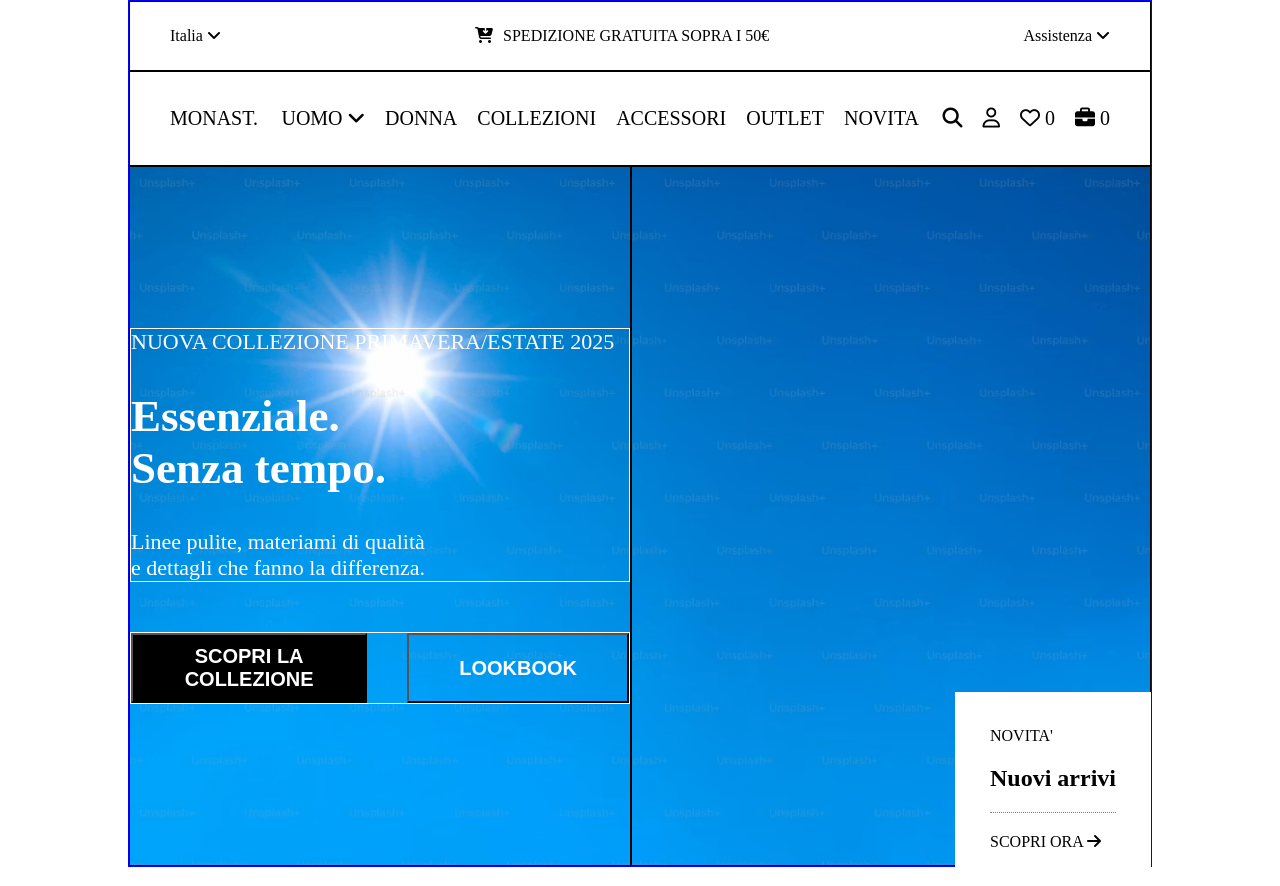
Repository: jacoporm1989/studioFlexbox
Page: FLEXBOX/header+navbar+hero1/index.html
These files come from the project's save history. The page is drawn as it stood at one moment and after the next save; the edit follows.
The browser window is 1280 px wide. The pictures show the whole page.

Above is the page before, as saved 2026-06-17 16:06:49.

### FLEXBOX/header+navbar+hero1/index.html
<!DOCTYPE html>
<html lang="en">

<head>
    <meta charset="UTF-8">
    <meta name="viewport" content="width=device-width, initial-scale=1.0">
    <link rel="stylesheet" href="style.css">
    <link rel="stylesheet" href="https://cdnjs.cloudflare.com/ajax/libs/font-awesome/6.7.2/css/all.min.css">
    <title>Header+Hero</title>
</head>

<body>


    <div class="container">


        <header>

            <div class="menu-sopra">

                <ul>
                    <li class="paese"><a href="#">Italia
                            <i class="fa-solid fa-angle-down"></i>
                            <i class="fa-solid fa-angle-up"></i>
                        </a>
                    </li>
                    <li><i class="fa-solid fa-cart-arrow-down"></i>
                        <p>SPEDIZIONE GRATUITA SOPRA I 50€</p>
                    </li>
                    <li class="assistenza"><a href="#">Assistenza

                            <i class="fa-solid fa-angle-down"></i>
                            <i class="fa-solid fa-angle-up"></i>
                        </a>
                    </li>

                </ul>


            </div>



            <nav>

                <ul class="first-ul">
                    <li>MONAST.</li>

                </ul>

                <ul class="second-ul">
                    <li class="uomo"><a href="#">UOMO
                            <i class="fa-solid fa-angle-down"></i>
                            <i class="fa-solid fa-angle-up"></i></a>
                        <ul class="uomo-submenu">
                            <li>
                                <ul class="uomo-submenu-inner">
                                    <li>
                                        <ul class="abbigliamento">
                                            <li>
                                                <h4>ABBIGLIAMENTO</h4>
                                            </li>
                                            <li>
                                                <ul class="items">
                                                    <li class="item"><a href="">aaaa</a></li>
                                                    <li class="item"><a href="">bbbb</a></li>
                                                    <li class="item"><a href="">ccccc</a></li>
                                                    <li class="item"><a href="">ddddd</a></li>
                                                    <li class="item"><a href="">eeeeee</a></li>
                                                </ul>
                                            </li>
                                        </ul>
                                    </li>
                                    <li>
                                        <ul class="scarpe">
                                            <li>
                                                <h4>SCARPE</h4>
                                            </li>
                                            <li>
                                                <ul class="items">
                                                    <li class="item"><a href="">AAAAAA</a></li>
                                                    <li class="item"><a href="">BBBBBB</a></li>
                                                    <li class="item"><a href="">CCCCC</a></li>
                                                    <li class="item"><a href="">DDDDDD</a></li>
                                                    <li class="item" style="visibility: hidden;"><a href=""> EEEEEE</a>
                                                    </li>
                                                </ul>
                                            </li>
                                        </ul>
                                    </li>
                                    <li>
                                        <ul class="accessori">
                                            <li>
                                                <h4>ACCESSORI</h4>
                                            </li>
                                            <li>
                                                <ul class="items">
                                                    <li class="item"><a href="">111</a></li>
                                                    <li class="item"><a href="">222</a></li>
                                                    <li class="item"><a href="">333</a></li>
                                                    <li class="item"><a href="">444</a></li>
                                                    <li class="item"><a href="">555</a></li>
                                                </ul>
                                            </li>
                                        </ul>
                                    </li>
                                </ul>
                            </li>
                            <li class="footer-uomo">
                                <p>322323r23r2r</p>
                            </li>

                        </ul>
                    </li>


                    <li><a href="#">DONNA</a></li>
                    <li><a href="#">COLLEZIONI</a></li>
                    <li><a href="#">ACCESSORI</a></li>
                    <li><a href="#">OUTLET</a></li>
                    <li><a href="#">NOVITA</a></li>
                </ul>


                <ul class="third-ul">
                    <li><a href="#"><i class="fa-solid fa-magnifying-glass"></i></a></li>
                    <li><a href="#"><i class="fa-regular fa-user"></i></a></li>
                    <li class="zero"><a href="#"><i class="fa-regular fa-heart"></i>
                            <span>0</span></a>
                    </li>
                    <li class="zero"><a href="#"><i class="fa-solid fa-briefcase"></i>
                            <span>0</span></a>
                    </li>

                </ul>
            </nav>


        </header>

        <div class="hero">

            <div class="testo-buttons">
                <div class="hero-testo">
                    <div class="hero-words">
                        <p>NUOVA COLLEZIONE PRIMAVERA/ESTATE 2025</p>
                        <h1>Essenziale. <br> Senza tempo.</h1>
                        <p>Linee pulite, materiami di qualità <br> e dettagli che fanno la differenza.</p>
                    </div>
                    <div class="hero-buttons">
                        <button>SCOPRI LA COLLEZIONE</button>
                        <button>LOOKBOOK</button>
                    </div>
                </div>
                <div class="hero-nothing"></div>
                <div class="banner">
                    <p>NOVITA'</p>
                    <h2>Nuovi arrivi</h2>
                    <p>SCOPRI ORA  <i class="fa-solid fa-arrow-right"></i></p>
                </div>
            </div>


        </div>









    </div>


</body>

</html>

### FLEXBOX/header+navbar+hero1/style.css
* {
    box-sizing: border-box;
    margin: 0;
}

a,
a:visited,
a:hover,
a:active {
    text-decoration: none;
    cursor: pointer;
    color: inherit;
}

.fa-angle-up{
    display:none !important;
}


.container {
    border: 1px solid blue;
    width: 80%;
    margin: auto;
}




.menu-sopra {
    border: 1px solid black;
    padding: 25px 40px;
}

.menu-sopra ul, nav ul {
    display: flex;
    flex-direction: row;
    justify-content: space-between;
    list-style: none;
    margin: 0;
    padding: 0;
}

.paese:hover .fa-angle-down, .assistenza:hover .fa-angle-down {
    display:none !important;
}

.paese:hover .fa-angle-up, .assistenza:hover .fa-angle-up {
    display:inline !important;
}


.menu-sopra ul li {
    display: flex;
    flex-direction: row;
    gap: 10px;
}





nav{
    border: 1px solid black;
    padding: 35px 40px;
    display:flex;
    flex-direction: row;
    justify-content: space-between;
    font-size:20px;
}



.first-ul, .second-ul, .third-ul{
    display:flex;
    gap:20px;
}




.uomo:hover .fa-angle-down{
    display:none !important;
}

.uomo:hover .fa-angle-up{
    display:inline-block !important;
}


.uomo{
    position:relative;
}

.uomo:hover .uomo-submenu{
    display:block;
    border:1px solid black;
    background-color:white;
    margin-left:40px;
    padding:28px;
    position:absolute;

}

.uomo-submenu{
    display:none;

}

.uomo-submenu-inner{
    display:flex;
    flex-direction:row;
    gap:30px;
}

.abbigliamento, .scarpe, .accessori{
    display:flex;
    flex-direction:column;
}

.abbigliamento .items , .scarpe .items, .accessori .items{
    display:flex;
    flex-direction:column;
    gap:15px;
    width:176px;
}

.abbigliamento .items , .scarpe .items{
    border-right:0.1px dotted grey;
}

h4{
    margin-bottom:20px;
}

.uomo-submenu > li:first-child{
    margin-bottom:30px;
}

.uomo-submenu .footer-uomo{
    border-top:1px dotted grey;
    padding-top:20px;
    text-align:center;
}

.testo-buttons{
    display:flex;
    height:700px;
    background-image: url("premium_photo-1733306531071-087c077e1502.avif");
    background-repeat: no-repeat;
    background-position: center;
    background-size: cover;
    position:relative;
}



.hero-testo,.hero-nothing{

    border:1px solid black;

}

.hero-testo{
    flex:2;
    display:flex;
    flex-direction:column;
    justify-content:center;
    align-items:center;
    gap:50px;
}

.hero-nothing{
    flex:3;
}

.hero-words{
    display:flex;
    flex-direction:column;
    justify-content:center;
    border:1px solid white;
    color:white;
    gap:35px;
    width:500px;
}



.hero-buttons{
    border:1px solid white;
    display:flex;
    gap: 40px;
    width:500px;

}

.hero-words p{
    font-size:22px;
}

.hero-words h1{
    font-size:45px;
}


.hero-buttons button:first-child{
    background-color:black;

}


.hero-buttons button:last-child{

    background-color:transparent;
}

.hero-buttons button:first-child, .hero-buttons button:last-child{
    font-weight:bold;
    color:white;
    font-size:20px;
    padding-top:10px;
    padding-bottom:10px;
    padding-left: 50px;
    padding-right:50px;
}

.banner{
    position:absolute;
    display:flex;
    flex-direction:column;
    gap:20px;
    right:0;
    bottom:-20px;
    padding:35px;
    background-color:white;

}

.banner p:last-child{
    border-top:1px dotted grey;
    padding-top:20px;
}

After the next save:
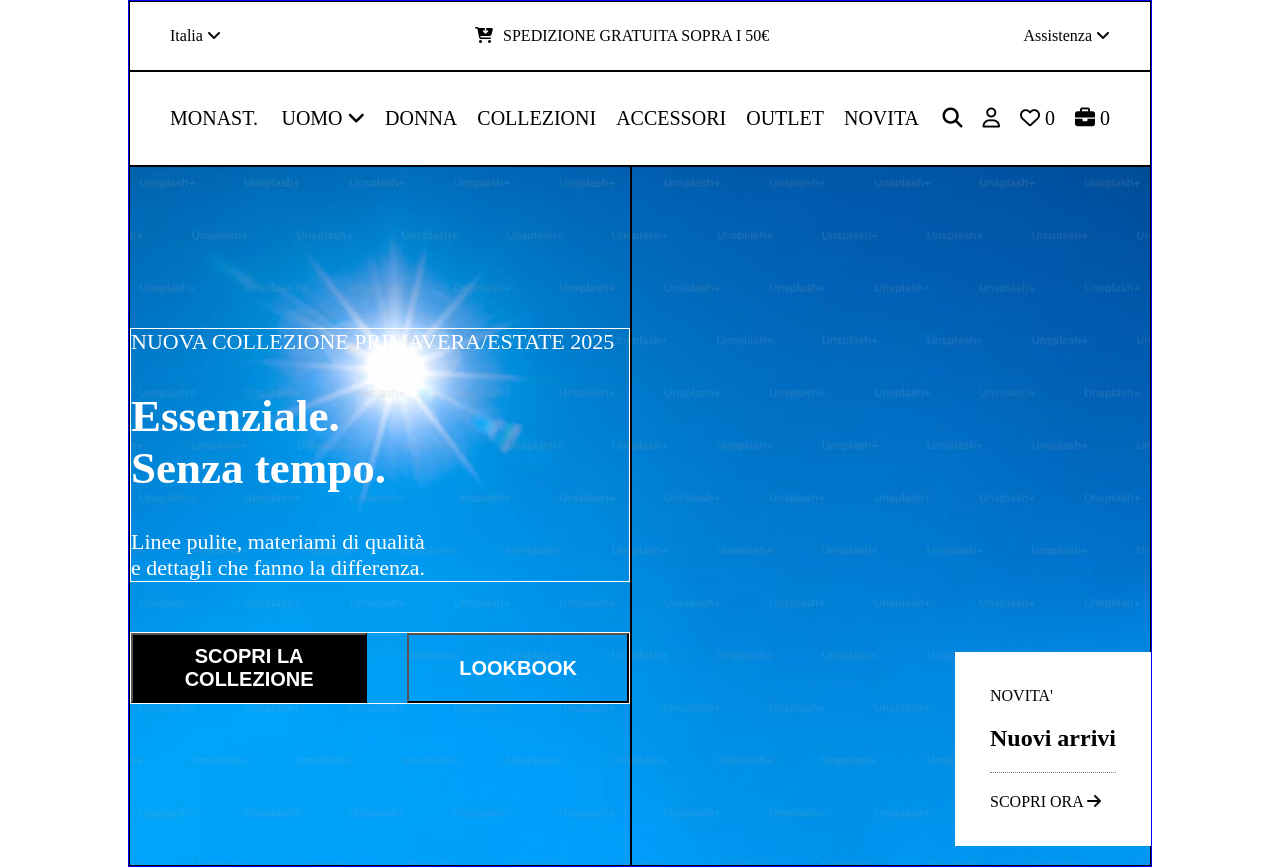
Saved 7 s later.
--- a/FLEXBOX/header+navbar+hero1/style.css
+++ b/FLEXBOX/header+navbar+hero1/style.css
@@ -229,7 +229,7 @@
     flex-direction:column;
     gap:20px;
     right:0;
-    bottom:-20px;
+    bottom:20px;
     padding:35px;
     background-color:white;
 
